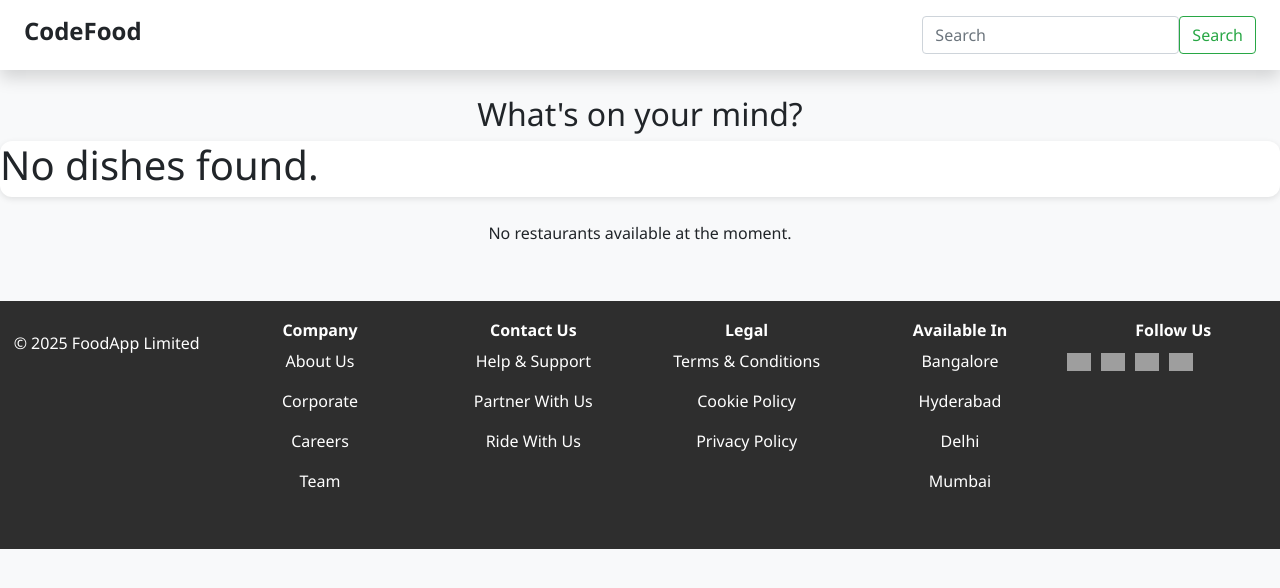
Repository: Rupeswarbhainsa777/Food-Web-App
Page: http://localhost/TapFoodApp/resturent.jsp
The author's editor kept a copy of each file at every save. The page is drawn from the files as they stood at one save, then again after the next save.
The browser window is 1280 px wide. The pictures show the whole page.
Pictures or frames that could not be fetched are drawn as grey boxes. The page is served by Tomcat 10. Nobody is signed in. The application's start-up code is not run. Queries for data that is not in the repository find no rows.

Above is the page before, as saved 2025-05-03 13:53:42.

After the next save:
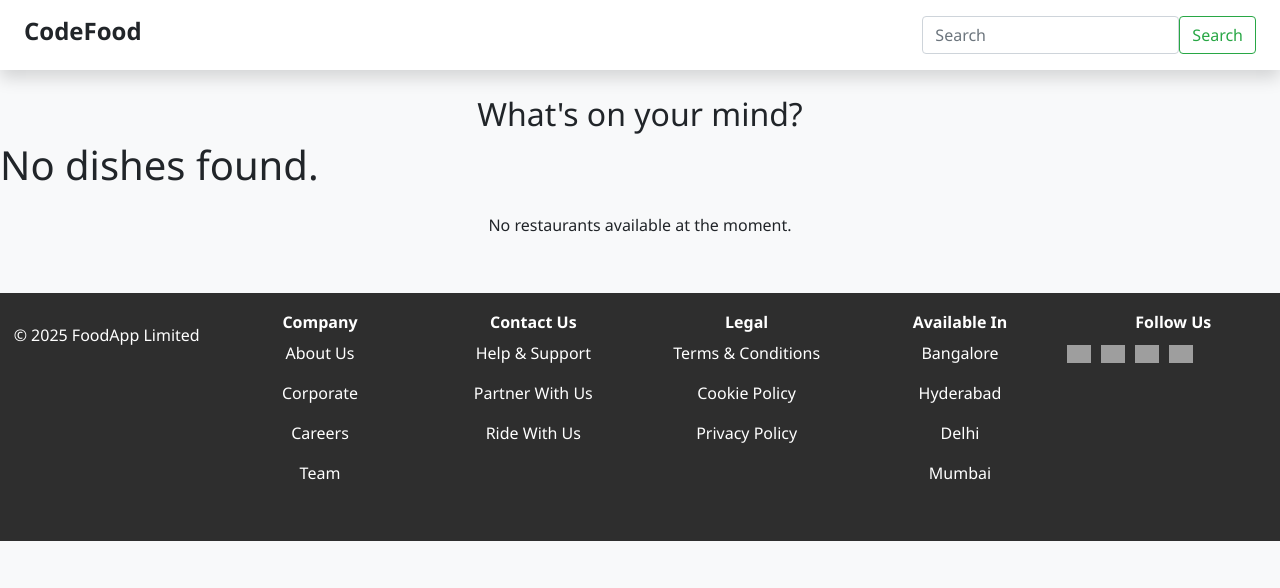
Saved 5 min 21 s later.
--- a/TapFoodApp/src/main/webapp/resturent.jsp
+++ b/TapFoodApp/src/main/webapp/resturent.jsp
@@ -182,21 +182,21 @@ body {
 
  <section>
 
- <div class="swiper">
+<div class="swiper-container">
     <div class="swiper-wrapper">
         <%
             if (menuList != null && !menuList.isEmpty()) {
                 for (Dish dish : menuList) {
         %>
         <div class="swiper-slide">
-            <div class="card">
-                <div class="text">
+            <div class="card1">
+                <div class="text1">
                     <h3>Special Dish</h3>
                     <h1><%= dish.getName() %></h1>
                     <p><%= dish.getDescription() %></p>
                     <button>Order Now</button>
                 </div>
-                <div class="image">
+                <div class="image1">
                     <img src="<%= dish.getImagePath() %>" alt="<%= dish.getName() %> Image">
                 </div>
             </div>
@@ -206,7 +206,7 @@ body {
             } else {
         %>
         <div class="swiper-slide">
-            <div class="card">
+            <div class="card1">
                 <h1>No dishes found.</h1>
             </div>
         </div>
@@ -217,8 +217,6 @@ body {
     <!-- Pagination Dots -->
     <div class="swiper-pagination"></div>
 </div>
-
-<!-- Swiper JS -->
 
 
 
